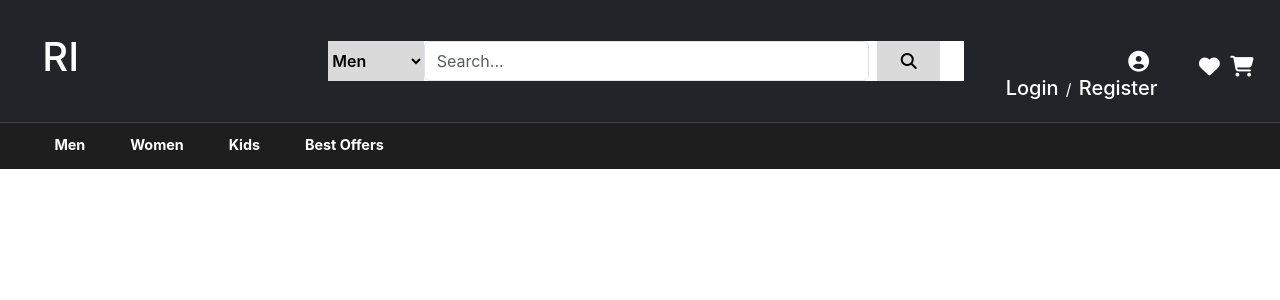
Repository: KodandaraoChellapilli/e-store
Page: /
These files come from the project's save history. The page is drawn as it stood at one moment and after the next save; the edit follows.
The browser window is 1280 px wide. The pictures show the whole page.
The project was rebuilt for these pictures with package versions that can differ from the ones it lists, and the page was loaded fresh each time. Also part of the build but not shown: src/App.css.

Above is the page before, as saved 2025-06-09 11:36:30.

After the next save:
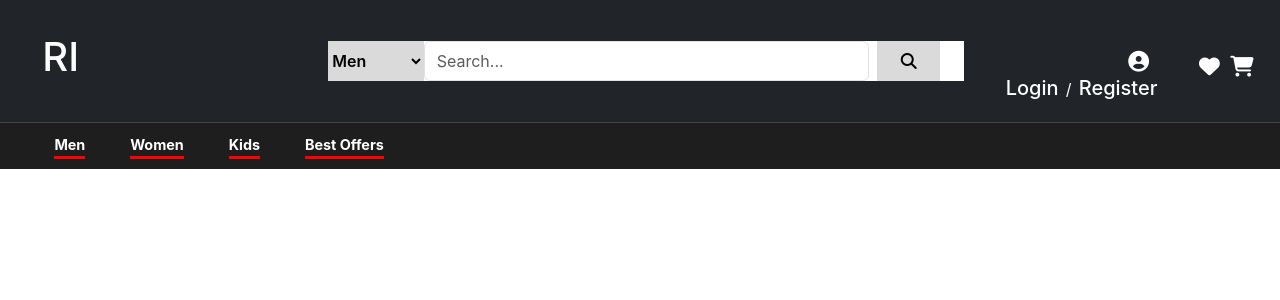
Saved 117 s later.
--- a/src/Components/CatNav/_cat-nav.scss
+++ b/src/Components/CatNav/_cat-nav.scss
@@ -32,9 +32,7 @@
       left: 0; // Align it to left side
       height: 0.2em; // Thin line height
       background-color:$accent-color; // Line color
-      transform: scaleX(0); // Starts invisible
-      transition-property: transform; // Animate the transform
-      transition-duration: 0.2s; // Duration of the animation
+      @include transition(transform, 0.2s ) // Duration of the animation
     }
 
     &:hover::after {

After the 2 saves that followed:
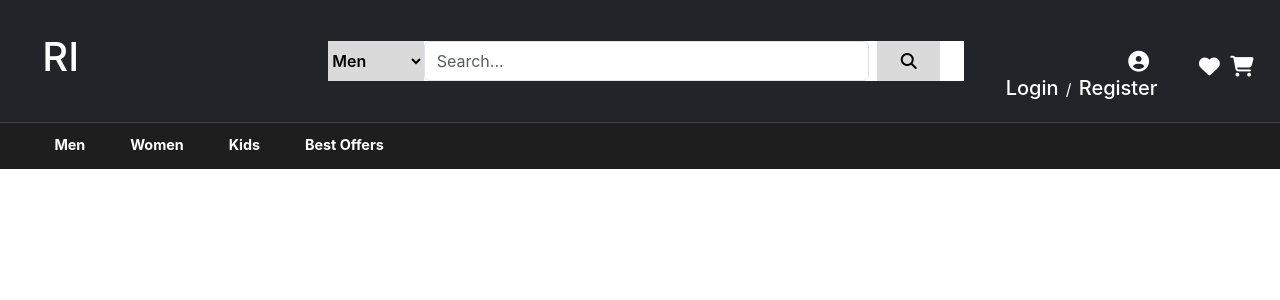
The 2 saves are shown as one change because 1 did not build or start.
The last was saved 106 s later.
--- a/src/Components/CatNav/_cat-nav.scss
+++ b/src/Components/CatNav/_cat-nav.scss
@@ -32,7 +32,8 @@
       left: 0; // Align it to left side
       height: 0.2em; // Thin line height
       background-color:$accent-color; // Line color
-      @include transition(transform, 0.2s ) // Duration of the animation
+      transform: scaleX(0); // Starts invisible
+      @include transition(transform, 0.2s )
     }
 
     &:hover::after {
